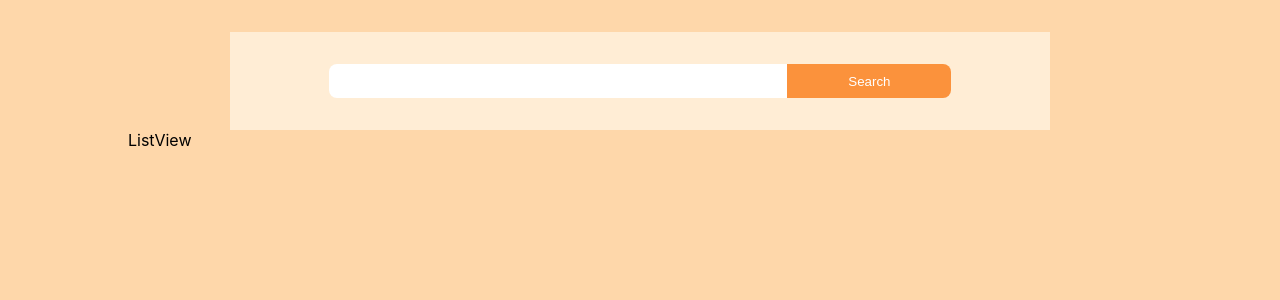
Repository: sandipkarmokar/recipeApp
Page: /
These files come from the project's save history. The page is drawn as it stood at one moment and after the next save; the edit follows.
The browser window is 1280 px wide. The pictures show the whole page.
The project was rebuilt for these pictures with package versions that can differ from the ones it lists, and the page was loaded fresh each time.

Above is the page before, as saved 2022-04-16 11:58:38.

### src/App.js
import { useState } from 'react';
import './App.css';
import SearchBar from './components/searchBar';
import ListView from './components/listView';

const App = () => {
    const [query, setQuery] = useState('');
    const [recipeList, setRecipeList] = useState([]);
    const [isLoading, setIsLoading] = useState(true);
    const [recipeId, setRecipeId] = useState('');

    const url = `https://forkify-api.herokuapp.com/api/search?q=${query}`;
    const recipeUrl = `https://forkify-api.herokuapp.com/api/get?rId=${recipeId}`;

    return (
        <div className="app">
            <div className="app-container">
                <SearchBar></SearchBar>
                <div className="recipe-modal">
                    <ListView></ListView>
                </div>
            </div>
        </div>
    );
};

export default App;

### src/App.css
* {
    margin: 0;
    padding: 0;
    box-sizing: border-box;
}

.app {
    height: 100vh;
    width: 100vw;
    background-color: #fed7aa;
}

.app .app-container {
    margin: 0 auto;
    width: 80%;
    padding: 2rem 0;
    display: flex;
    justify-content: center;
    flex-direction: column;
}

.app .app-container .searchBar {
    width: 50%;
    background-color: #ffedd5;
    padding: 1.4rem 1rem;
    margin: 0 auto;
    width: 80%;
    padding: 2rem 0;
    display: flex;
    justify-content: center;
    flex-direction: column;
}
.app .app-container .searchBar .searchBar-container {
    width: 80%;
    margin: 0 auto;
    display: flex;
    justify-content: center;
}
.app .app-container .searchBar .searchBar-container input {
    width: 70%;
    padding: 0.4rem 1rem;
    border: none;
    border-radius: 0.5rem 0 0 0.5rem;
}

.app .app-container .searchBar .searchBar-container button {
    width: 25%;
    padding: 0.6rem 1rem;
    background-color: #fb923c;
    border: none;
    color: #fff;
    border-radius: 0 0.5rem 0.5rem 0;
}

/* .app .app-container .recipe-modal {
    wid
} */

### src/components/searchBar.js
import React from 'react';

const SearchBar = () => {
    return (
        <div className="searchBar">
            <form className="searchBar-container">
                <input type="text" />
                <button type="submit">Search</button>
            </form>
        </div>
    );
};

export default SearchBar;

### src/components/listView.js
import React from 'react';

const ListView = () => {
    return <div>ListView</div>;
};

export default ListView;

Loaded but not shown: public/index.html (common file); src/index.js (common file); src/index.css (common file); src/reportWebVitals.js (common file)

After the next save:
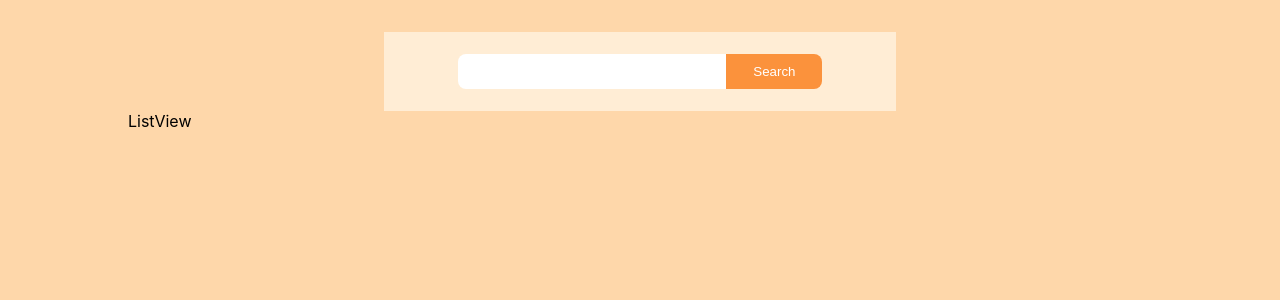
Saved 17 s later.
--- a/src/App.css
+++ b/src/App.css
@@ -23,9 +23,9 @@
     width: 50%;
     background-color: #ffedd5;
     padding: 1.4rem 1rem;
+
     margin: 0 auto;
-    width: 80%;
-    padding: 2rem 0;
+    width: 50%;
     display: flex;
     justify-content: center;
     flex-direction: column;
